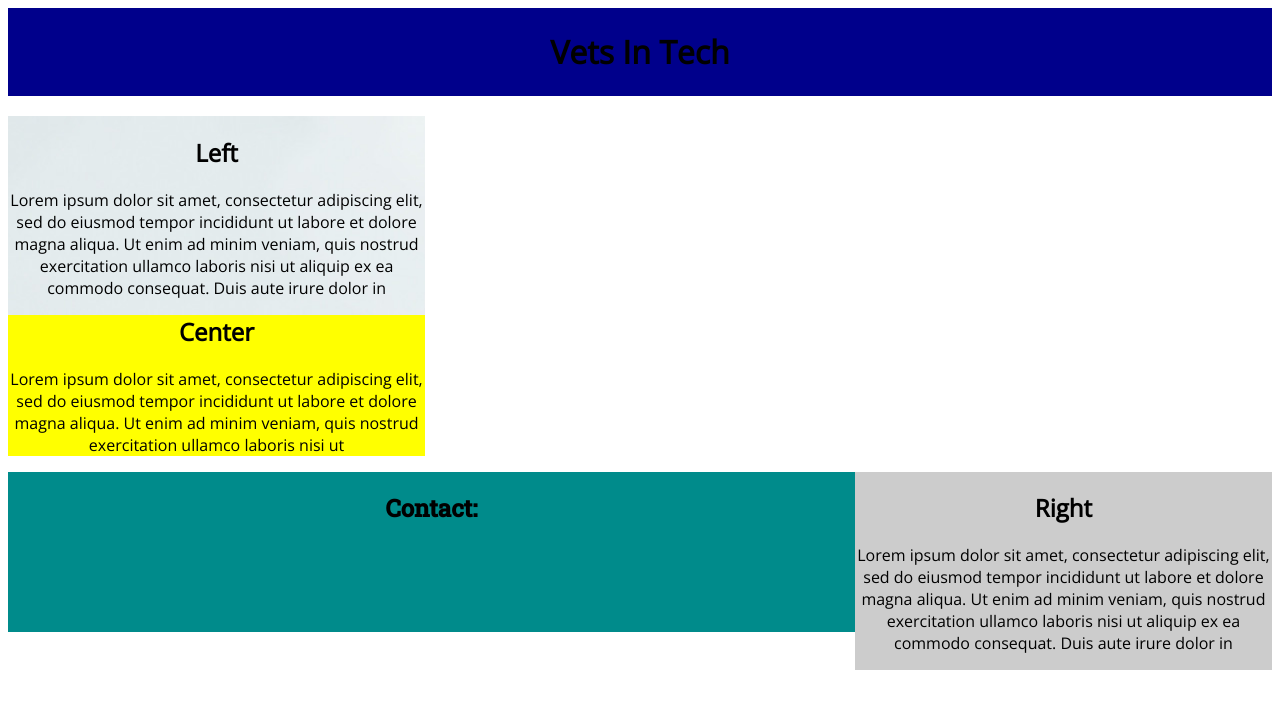
Repository: 3EyEdRav3n/10-2020-cohort-course
Page: week-1/Week-1 Assignment/index.html
These files come from the project's save history. The page is drawn as it stood at one moment and after the next save; the edit follows.
The browser window is 1280 px wide. The pictures show the whole page.

Above is the page before, as saved 2020-11-01 20:56:45.

### week-1/Week-1 Assignment/index.html
<!DOCTYPE html>
<html lang="en">
  <head>
    <meta charset="UTF-8" />
    <meta name="viewport" content="width=device-width, initial-scale=1.0" />
    <link rel="stylesheet" href="./styles.css" />
    <link
      href="https://fonts.googleapis.com/css2?family=Open+Sans&display=swap"
      rel="stylesheet"
    />
    <link
      href="https://fonts.googleapis.com/css2?family=Open+Sans&family=Roboto+Slab:wght@500&display=swap"
      rel="stylesheet"
    />

    <title>VetTech</title>
  </head>
  <body>
    <div class="header">
      <h1>Vets In Tech</h1>
    </div>
    <div class="container">
      <div class="left-col">
        <h2>Left</h2>
        <p>
          Lorem ipsum dolor sit amet, consectetur adipiscing elit, sed do
          eiusmod tempor incididunt ut labore et dolore magna aliqua. Ut enim ad
          minim veniam, quis nostrud exercitation ullamco laboris nisi ut
          aliquip ex ea commodo consequat. Duis aute irure dolor in
        </p>
      </div>

      <div class="center-col">
        <h2>Center</h2>
        <p>
          Lorem ipsum dolor sit amet, consectetur adipiscing elit, sed do
          eiusmod tempor incididunt ut labore et dolore magna aliqua. Ut enim ad
          minim veniam, quis nostrud exercitation ullamco laboris nisi ut
        </p>
      </div>
      <div class="right-col">
        <h2>Right</h2>
        <p>
          Lorem ipsum dolor sit amet, consectetur adipiscing elit, sed do
          eiusmod tempor incididunt ut labore et dolore magna aliqua. Ut enim ad
          minim veniam, quis nostrud exercitation ullamco laboris nisi ut
          aliquip ex ea commodo consequat. Duis aute irure dolor in
        </p>
      </div>
    </div>
    <div class="footer">
      <h2>Contact:</h2>
    </div>
  </body>
</html>

### week-1/Week-1 Assignment/styles.css

.header{
        font-family: 'Roboto Slab', serif;
        background-color: darkblue;
        text-align: center;
        padding:1px;

}
.container{
        font-family: 'Open Sans', sans-serif;
}
.left-col{
        background-image: url("/images/lincoln.jpg");
        background-color: #cccccc;
        text-align: center;
        width: 33%;
        float: left;
}
.center-col{
        background-color: yellow;
        text-align: center;
        width: 33%;
        float: center;
}
.right-col{
        background-color: #cccccc;
        width: 33%;
        text-align: center;
        float: right;
}
.footer{
        font-family: 'Roboto Slab', serif;
        background-color: darkcyan;
        text-align: center;
        height: 10rem;
        padding-top: 1px;
        box-sizing: border-box;
}


h1 {
        font-family: 'Open Sans', sans-serif;
}

After the next save:
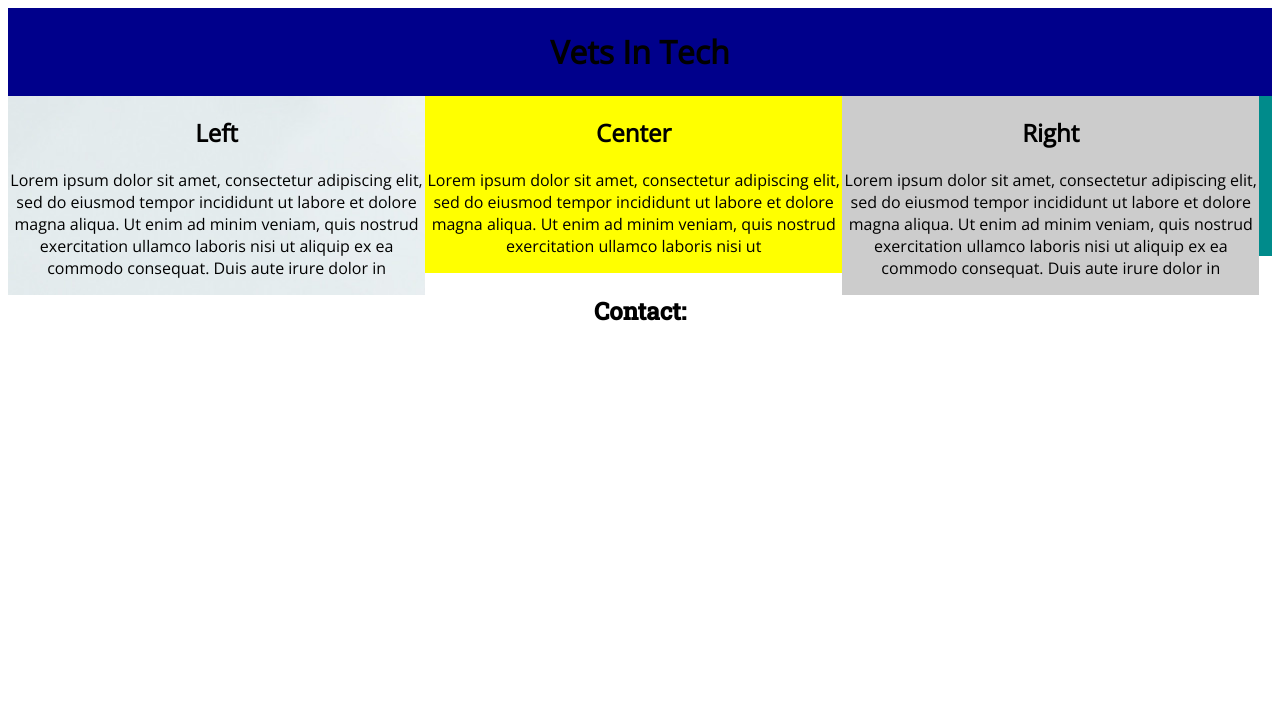
Saved 76 s later.
--- a/week-1/Week-1 Assignment/styles.css
+++ b/week-1/Week-1 Assignment/styles.css
@@ -20,13 +20,13 @@
         background-color: yellow;
         text-align: center;
         width: 33%;
-        float: center;
+        float: left;
 }
 .right-col{
         background-color: #cccccc;
         width: 33%;
         text-align: center;
-        float: right;
+        float: left;
 }
 .footer{
         font-family: 'Roboto Slab', serif;
